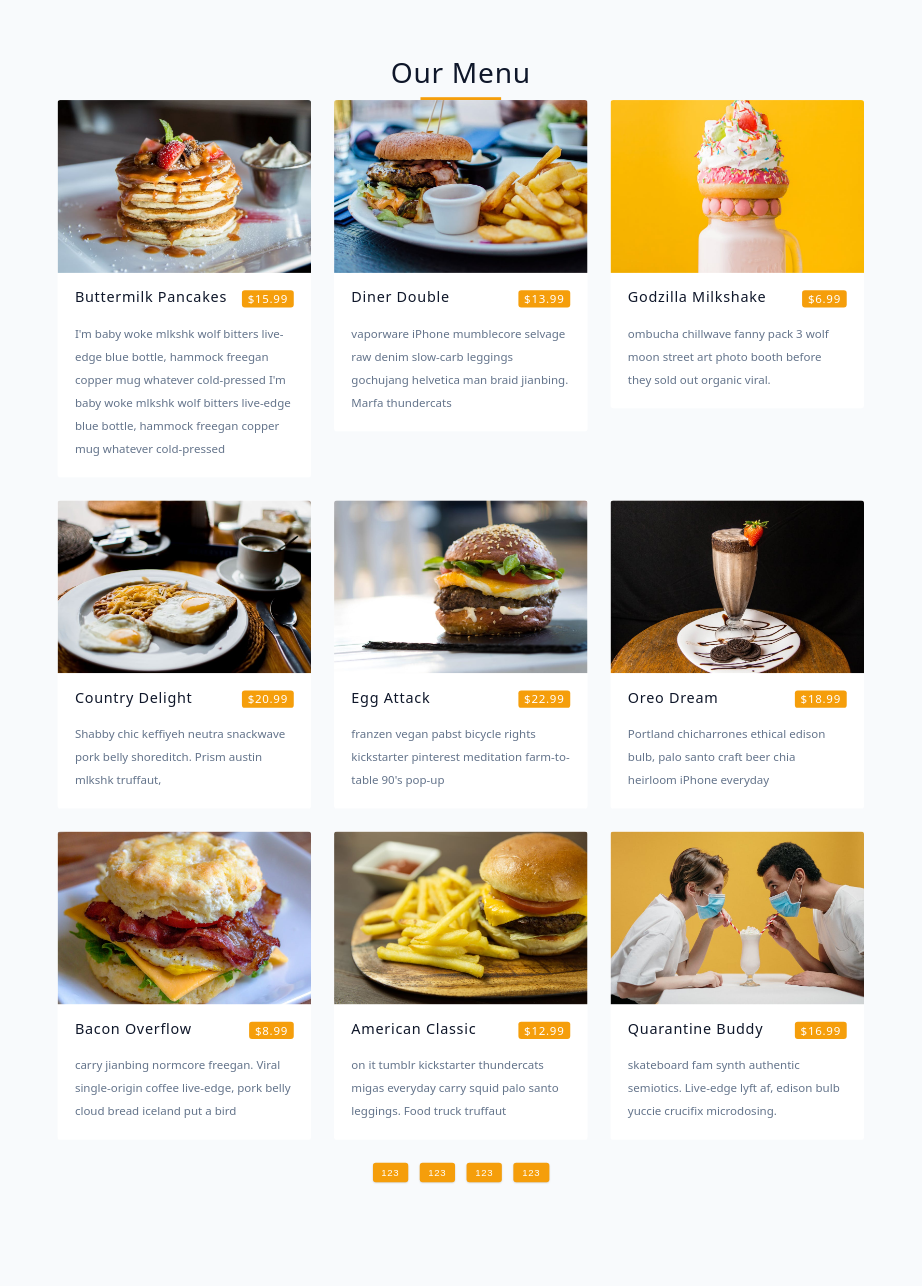
Repository: dydals3440/React-Projects
Page: / (app in 04-fundamental-projects/05-menu/starter/)
The author's editor kept a copy of each file at every save. The page is drawn from the files as they stood at one save, then again after the next save.
The browser window is 1280 px wide. The pictures show the whole page, at 72% of full size.
The project was rebuilt for these pictures with package versions that can differ from the ones it lists, and the page was loaded fresh each time. Also part of the build but not shown: 04-fundamental-projects/05-menu/starter/vite.config.js.

Above is the page before, as saved 2023-09-06 16:51:25.

After the next save:
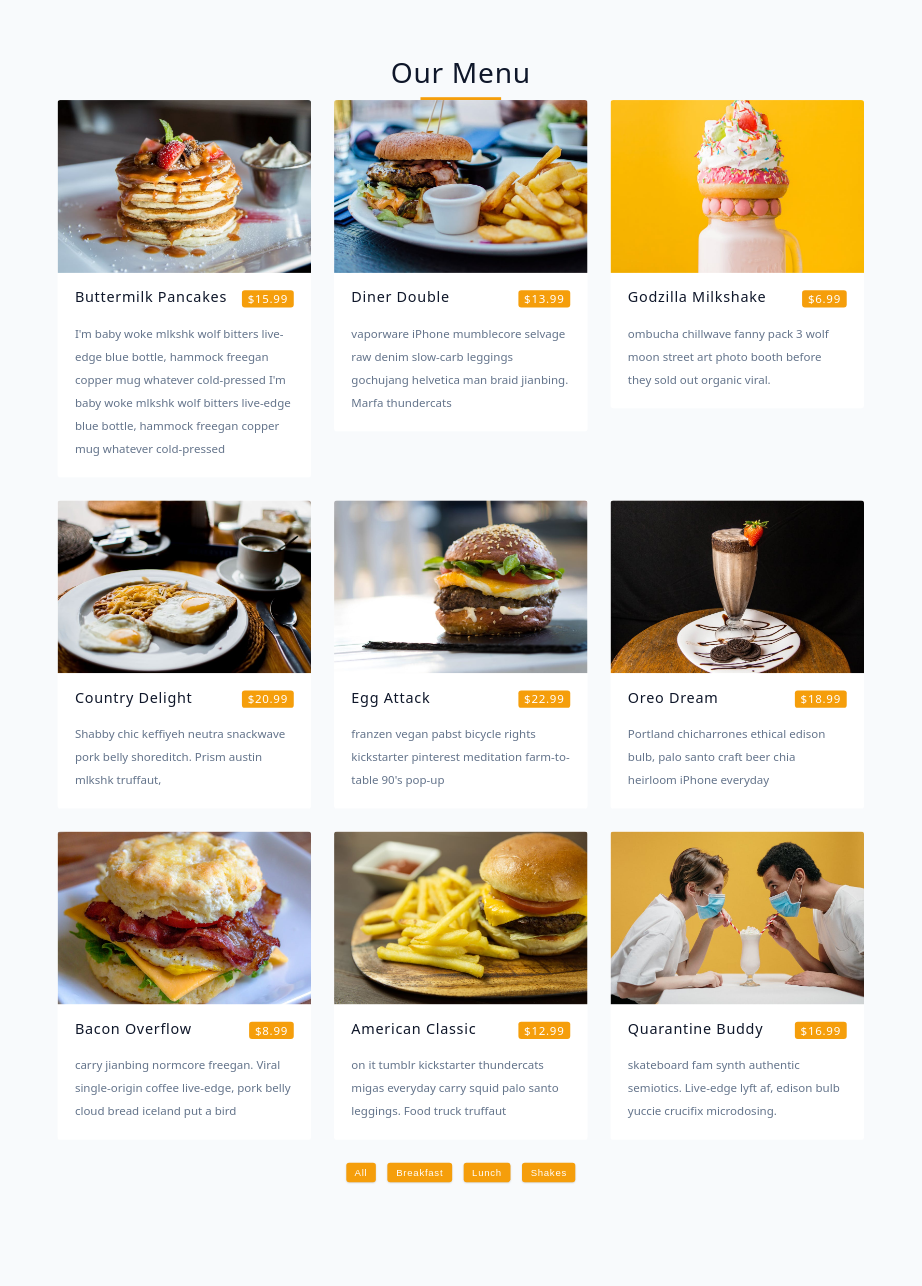
Saved 6 s later.
--- a/04-fundamental-projects/05-menu/starter/src/Categories.jsx
+++ b/04-fundamental-projects/05-menu/starter/src/Categories.jsx
@@ -4,7 +4,7 @@ const Categories = ({ categories }) => {
       {categories.map((category) => {
         return (
           <button type='button' className='btn'>
-            123
+            {category}
           </button>
         );
       })}
